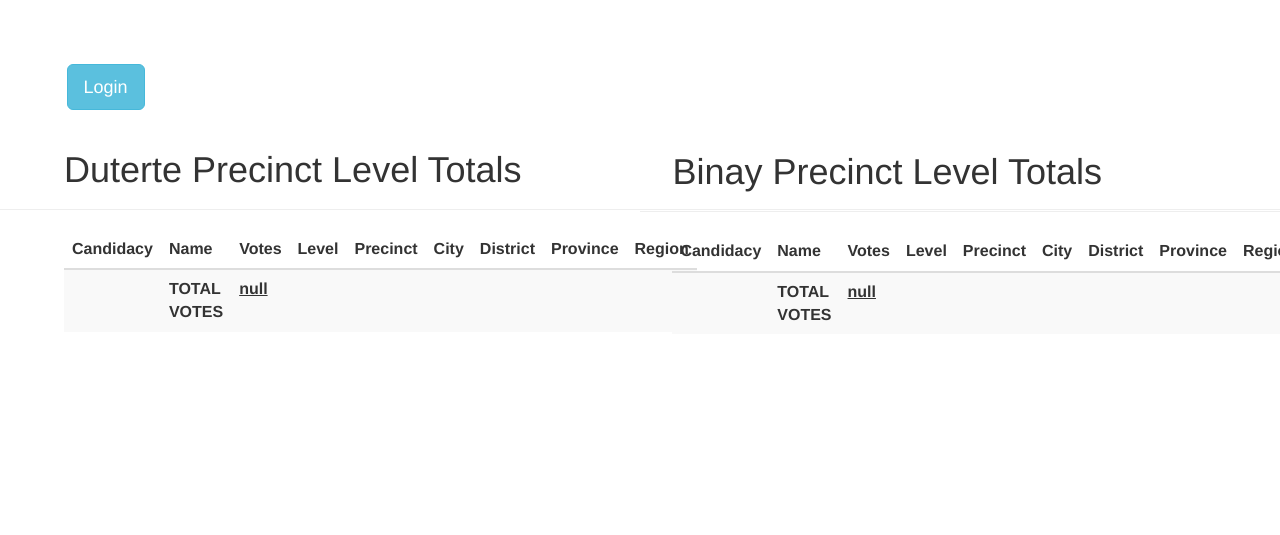
Repository: acbalutan/softdev-cencas-team_apink
Page: http://localhost/AES/
These files come from the project's save history. The page is drawn as it stood at one moment and after a run of saves; the edit follows.
The browser window is 1280 px wide. The pictures show the whole page.
The page is served by Tomcat 9. Other server files are loaded and not shown. Queries for data that is not in the repository find no rows.

Above is the page before, as saved 2016-02-26 11:08:36.
Console error (its wording comes from the project's code and is left out).

### workspace/AES/WebContent/index.jsp
<html>
<head>
	<link rel="stylesheet" href="bootstrap/bootstrap.min.css">
	<script type="text/javascript" src="bootstrap/js/bootstrap.min.js"></script>
</head>
<body>

<form action="login.jsp" style="padding-left: 5.2%;padding-top: 5%;">
    <button type="submit" class="btn btn-lg btn-info">Login</button>
</form>


<%@ page import="java.sql.*" %>
<%@ page import="bean.Provider" %>
<%@ page import="bean.PileBean" %>
<%@ page import="bean.Counter" %>

<%

Class.forName("org.sqlite.JDBC");
Connection conn = DriverManager.getConnection("jdbc:sqlite:D:/Eclipse/db/aes.db");
Statement stat = conn.createStatement();

%>
<div class="page-header" style="padding-left: 5%;">
	<h1>Duterte Precinct Level Totals</h1>
</div>

<div class="col-md-6" style="padding-left: 5%;">
	<table class="table table-striped">
    	<thead>
              <tr>
                <th>Candidacy</th>
                <th>Name</th>
                <th>Votes</th>
                <th>Level</th>
                <th>Precinct</th>
                <th>City</th>
                <th>District</th>
                <th>Province</th>
                <th>Region</th>
              </tr>
		</thead>
		<tbody>
			<%
			ResultSet duterte = stat.executeQuery("SELECT * FROM tapat WHERE name='Rodrigo Duterte';");
			while (duterte.next()) {
			    %>
			    	<tr>
			    		<td><%= duterte.getString("candidacy") %></td>
			    		<td><%= duterte.getString("name") %></td>
			    		<td><%= duterte.getString("vote") %></td>
			    		<td><%= duterte.getString("level") %></td>
			    		<td><%= duterte.getString("precinct") %></td>
			    		<td><%= duterte.getString("city") %></td>
			    		<td><%= duterte.getString("district") %></td>
			    		<td><%= duterte.getString("province") %></td>
			    		<td><%= duterte.getString("region") %></td>
			    	</tr>
			    <%
			}
			duterte.close();

			ResultSet totalduterte = stat.executeQuery("SELECT SUM(vote) as 'TOTALVOTES' FROM tapat WHERE name='Rodrigo Duterte';");
			%>
				<tr>
					<td></td>
					<td><strong>TOTAL VOTES</strong></td>
					<td style="text-decoration: underline;"><strong> <%= totalduterte.getString("TOTALVOTES") %> </strong></td>
					<td></td>
					<td></td>
					<td></td>
					<td></td>
					<td></td>
					<td></td>
				</tr>
			<% totalduterte.close(); %>
    	</tbody>
	</table>
</div>

<div style="position: absolute; top: 15.6%; left: 50%;">
	<div class="page-header" style="padding-left: 5%;">
		<h1>Binay Precinct Level Totals</h1>
	</div>

	<div class="col-md-6" style="padding-left: 5%;">
		<table class="table table-striped">
	    	<thead>
	              <tr>
	                <th>Candidacy</th>
	                <th>Name</th>
	                <th>Votes</th>
	                <th>Level</th>
	                <th>Precinct</th>
	                <th>City</th>
	                <th>District</th>
	                <th>Province</th>
	                <th>Region</th>
	              </tr>
			</thead>
			<tbody>
				<%
				ResultSet binay = stat.executeQuery("SELECT * FROM tapat WHERE name='Jejomar Binay';");
				while (binay.next()) {
				    %>
				    	<tr>
				    		<td><%= binay.getString("candidacy") %></td>
				    		<td><%= binay.getString("name") %></td>
				    		<td><%= binay.getString("vote") %></td>
				    		<td><%= binay.getString("level") %></td>
				    		<td><%= binay.getString("precinct") %></td>
				    		<td><%= binay.getString("city") %></td>
				    		<td><%= binay.getString("district") %></td>
				    		<td><%= binay.getString("province") %></td>
				    		<td><%= binay.getString("region") %></td>
				    	</tr>
				    <%
				}
				binay.close();

				ResultSet totalbinay = stat.executeQuery("SELECT SUM(vote) as 'TOTALVOTES' FROM tapat WHERE name='Jejomar Binay';");
				%>
					<tr>
						<td></td>
						<td><strong>TOTAL VOTES</strong></td>
						<td style="text-decoration: underline;"><strong> <%= totalbinay.getString("TOTALVOTES") %> </strong></td>
						<td></td>
						<td></td>
						<td></td>
						<td></td>
						<td></td>
						<td></td>
					</tr>
				<% totalbinay.close(); %>
	    	</tbody>
		</table>
	</div>
</div>
<%	stat.close();
	conn.close();	%>

</body>
</html>

Loaded but not shown: workspace/AES/WebContent/bootstrap/bootstrap.min.css (library); workspace/AES/WebContent/bootstrap/bootstrap.min.js (library)

After the next 2 saves:
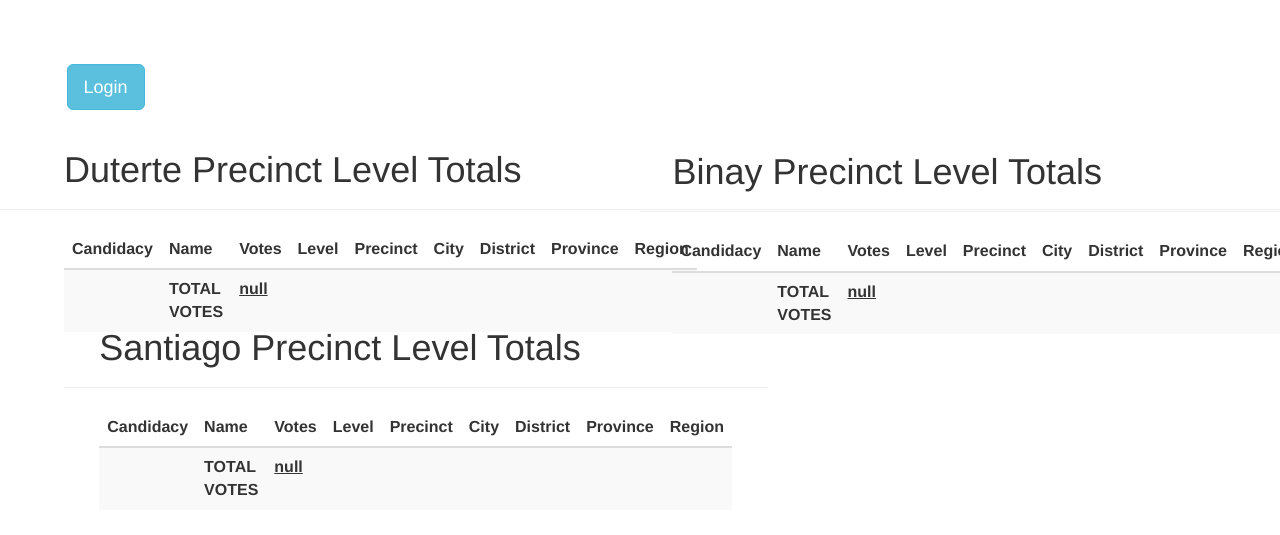
The 2 saves are shown as one change because 1 did not build or start.
The last was saved 98 s later.
--- a/workspace/AES/WebContent/index.jsp
+++ b/workspace/AES/WebContent/index.jsp
@@ -137,6 +137,65 @@
 		</table>
 	</div>
 </div>
+
+<div style="position: absolute; top: 40%; left: 5%;">
+	<div class="page-header" style="padding-left: 5%;">
+		<h1>Santiago Precinct Level Totals</h1>
+	</div>
+
+	<div class="col-md-6" style="padding-left: 5%;">
+		<table class="table table-striped">
+	    	<thead>
+	              <tr>
+	                <th>Candidacy</th>
+	                <th>Name</th>
+	                <th>Votes</th>
+	                <th>Level</th>
+	                <th>Precinct</th>
+	                <th>City</th>
+	                <th>District</th>
+	                <th>Province</th>
+	                <th>Region</th>
+	              </tr>
+			</thead>
+			<tbody>
+				<%
+				ResultSet santiago = stat.executeQuery("SELECT * FROM tapat WHERE name='Miriam Santiago';");
+				while (binay.next()) {
+				    %>
+				    	<tr>
+				    		<td><%= santiago.getString("candidacy") %></td>
+				    		<td><%= santiago.getString("name") %></td>
+				    		<td><%= santiago.getString("vote") %></td>
+				    		<td><%= santiago.getString("level") %></td>
+				    		<td><%= santiago.getString("precinct") %></td>
+				    		<td><%= santiago.getString("city") %></td>
+				    		<td><%= santiago.getString("district") %></td>
+				    		<td><%= santiago.getString("province") %></td>
+				    		<td><%= santiago.getString("region") %></td>
+				    	</tr>
+				    <%
+				}
+				santiago.close();
+
+				ResultSet totalsantiago = stat.executeQuery("SELECT SUM(vote) as 'TOTALVOTES' FROM tapat WHERE name='Miriam Santiago';");
+				%>
+					<tr>
+						<td></td>
+						<td><strong>TOTAL VOTES</strong></td>
+						<td style="text-decoration: underline;"><strong> <%= totalsantiago.getString("TOTALVOTES") %> </strong></td>
+						<td></td>
+						<td></td>
+						<td></td>
+						<td></td>
+						<td></td>
+						<td></td>
+					</tr>
+				<% totalsantiago.close(); %>
+	    	</tbody>
+		</table>
+	</div>
+</div>
 <%	stat.close();
 	conn.close();	%>
 
